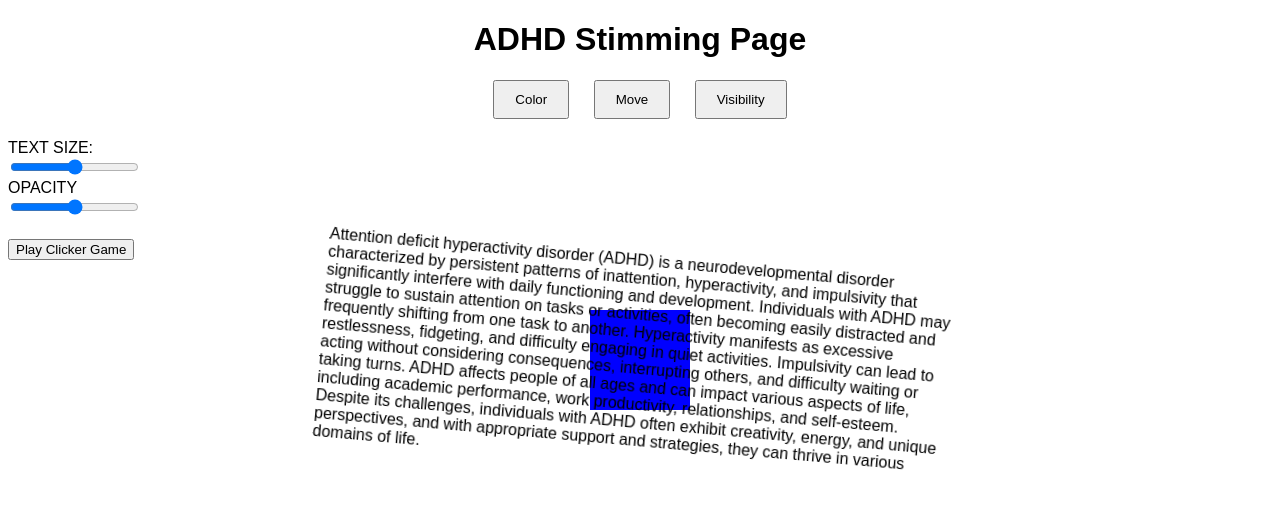
Repository: anderscederberg11/unhandledRuntimeError.json
Page: Henver/henver3.html
An editor plug-in stored every save of this project. The page is shown before and after the next save, followed by the edit.
The browser window is 1280 px wide. The pictures show the whole page.

Above is the page before, as saved 2024-05-24 19:19:03.

### Henver/henver3.html
<!DOCTYPE html>
<html lang="en">
<head>
    <meta charset="UTF-8">
    <meta name="viewport" content="width=device-width, initial-scale=1.0">
    <title>HenverADHD</title>
    <link rel="stylesheet" href="henver3.css">
</head>
<body>
    <h1>ADHD Stimming Page</h1>

    <div class="buttons">
      <button onclick="changeColor()">Color</button>
      <button onclick="moveElement()">Move</button>
      <button onclick="toggleVisibility()">Visibility</button>
    </div>

    <div class="sliders">
      <label for="slider1">TEXT SIZE:</label>
      <input type="range" id="slider1" min="0" max="100" value="50" onchange="adjustFontSize(this.value)">
      <label for="slider2">OPACITY</label>
      <input type="range" id="slider2" min="0" max="100" value="50" onchange="adjustOpacity(this.value)">
    </div>

    <div id="movableElement" class="movable-element"></div>

    <div class="floating-paragraph">
        <p>Attention deficit hyperactivity disorder (ADHD) is a neurodevelopmental disorder characterized by persistent patterns of inattention, hyperactivity, and impulsivity that significantly interfere with daily functioning and development. Individuals with ADHD may struggle to sustain attention on tasks or activities, often becoming easily distracted and frequently shifting from one task to another. Hyperactivity manifests as excessive restlessness, fidgeting, and difficulty engaging in quiet activities. Impulsivity can lead to acting without considering consequences, interrupting others, and difficulty waiting or taking turns. ADHD affects people of all ages and can impact various aspects of life, including academic performance, work productivity, relationships, and self-esteem. Despite its challenges, individuals with ADHD often exhibit creativity, energy, and unique perspectives, and with appropriate support and strategies, they can thrive in various domains of life.</p>
      </div>

      <div id="minigame-container" class="minigame-container">
        <button id="minigame-button" onclick="startClickerGame()">Play Clicker Game</button>
        <div id="clicker-game"></div>
      </div>

<script>
    function changeColor() {
  const colors = ["red", "green", "blue", "yellow", "purple", "orange"];
  const randomColor = colors[Math.floor(Math.random() * colors.length)];
  document.body.style.backgroundColor = randomColor;
}

function moveElement() {
  const element = document.getElementById("movableElement");
  const randomX = Math.random() * (window.innerWidth - element.offsetWidth);
  const randomY = Math.random() * (window.innerHeight - element.offsetHeight);
  element.style.left = randomX + "px";
  element.style.top = randomY + "px";
}

function toggleVisibility() {
  const element = document.getElementById("movableElement");
  element.style.display = element.style.display === "none" ? "block" : "none";
}

function adjustFontSize(value) {
  document.body.style.fontSize = value + "px";
}

function adjustOpacity(value) {
  document.getElementById("movableElement").style.opacity = value / 100;
}
let clickerInterval;
let clickerTimeout;

function startClickerGame() {
  // Clear previous game
  clearInterval(clickerInterval);
  clearTimeout(clickerTimeout);
  document.getElementById("clicker-game").innerHTML = "";

  // Create and append the clickable target
  const target = document.createElement("div");
  target.classList.add("clicker-target");
  target.style.top = Math.random() * 80 + "%";
  target.style.left = Math.random() * 80 + "%";
  document.getElementById("clicker-game").appendChild(target);

  // Move the target randomly every 1 second
  clickerInterval = setInterval(moveTarget, 1000);

  // End the game after 10 seconds
  clickerTimeout = setTimeout(endClickerGame, 10000);
}

function moveTarget() {
  const target = document.querySelector(".clicker-target");
  target.style.top = Math.random() * 80 + "%";
  target.style.left = Math.random() * 80 + "%";
}

function endClickerGame() {
  clearInterval(clickerInterval);
  document.getElementById("clicker-game").innerHTML = "<p>Game Over!</p>";
}

function handleClick() {
  alert("You clicked the target!");
}
</script>
</body>
</html>

### Henver/henver3.css
body {
    font-family: Arial, sans-serif;
  }

  h1 {
    text-align: center;
  }

  .buttons {
    text-align: center;
    margin-bottom: 20px;
  }

  .buttons button {
    padding: 10px 20px;
    margin: 0 10px;
  }

  .sliders {
    margin-bottom: 20px;
  }

  .sliders label {
    display: block;
  }

  .movable-element {
    width: 100px;
    height: 100px;
    background-color: blue;
    position: absolute;
    top: 50%;
    left: 50%;
    transform: translate(-50%, -50%);
  }
  .floating-paragraph {
    position: fixed;
    top: 50%;
    left: 50%;
    transform: translate(-50%, -50%);
    animation: floatAndMove 10s infinite alternate;
  }

  @keyframes floatAndMove {
    0% {
      transform: translate(-50%, -50%) rotate(0deg);
    }
    50% {
      transform: translate(-50%, -50%) rotate(5deg);
    }
    100% {
      transform: translate(-50%, -50%) rotate(0deg);
    }
  }

After the next save:
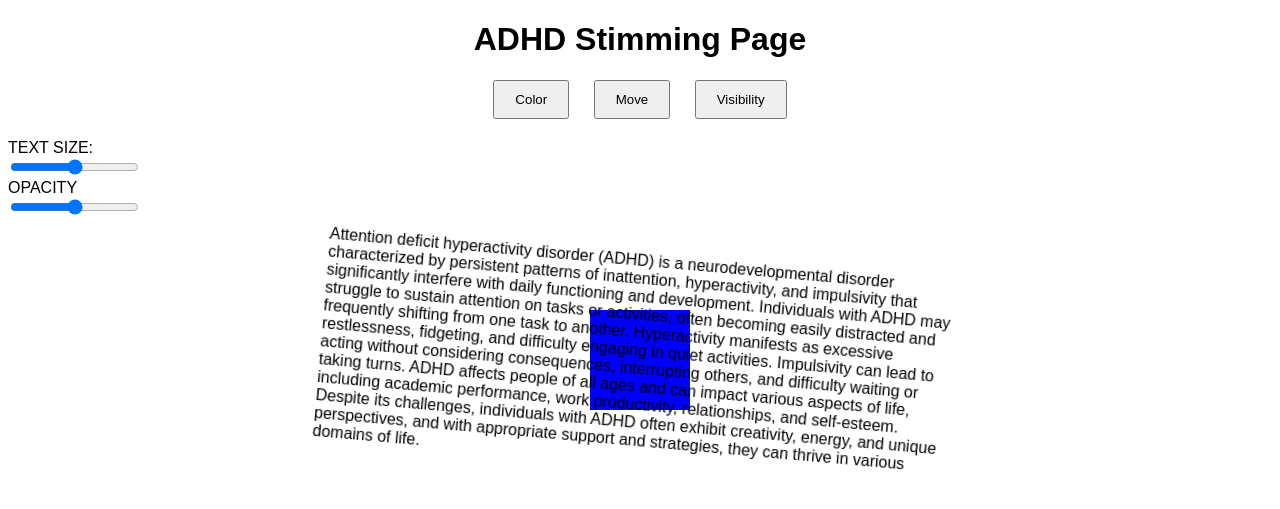
Saved 29 s later.
--- a/Henver/henver3.html
+++ b/Henver/henver3.html
@@ -28,11 +28,6 @@
         <p>Attention deficit hyperactivity disorder (ADHD) is a neurodevelopmental disorder characterized by persistent patterns of inattention, hyperactivity, and impulsivity that significantly interfere with daily functioning and development. Individuals with ADHD may struggle to sustain attention on tasks or activities, often becoming easily distracted and frequently shifting from one task to another. Hyperactivity manifests as excessive restlessness, fidgeting, and difficulty engaging in quiet activities. Impulsivity can lead to acting without considering consequences, interrupting others, and difficulty waiting or taking turns. ADHD affects people of all ages and can impact various aspects of life, including academic performance, work productivity, relationships, and self-esteem. Despite its challenges, individuals with ADHD often exhibit creativity, energy, and unique perspectives, and with appropriate support and strategies, they can thrive in various domains of life.</p>
       </div>
 
-      <div id="minigame-container" class="minigame-container">
-        <button id="minigame-button" onclick="startClickerGame()">Play Clicker Game</button>
-        <div id="clicker-game"></div>
-      </div>
-
 <script>
     function changeColor() {
   const colors = ["red", "green", "blue", "yellow", "purple", "orange"];
@@ -60,43 +55,7 @@ function adjustFontSize(value) {
 function adjustOpacity(value) {
   document.getElementById("movableElement").style.opacity = value / 100;
 }
-let clickerInterval;
-let clickerTimeout;
 
-function startClickerGame() {
-  // Clear previous game
-  clearInterval(clickerInterval);
-  clearTimeout(clickerTimeout);
-  document.getElementById("clicker-game").innerHTML = "";
-
-  // Create and append the clickable target
-  const target = document.createElement("div");
-  target.classList.add("clicker-target");
-  target.style.top = Math.random() * 80 + "%";
-  target.style.left = Math.random() * 80 + "%";
-  document.getElementById("clicker-game").appendChild(target);
-
-  // Move the target randomly every 1 second
-  clickerInterval = setInterval(moveTarget, 1000);
-
-  // End the game after 10 seconds
-  clickerTimeout = setTimeout(endClickerGame, 10000);
-}
-
-function moveTarget() {
-  const target = document.querySelector(".clicker-target");
-  target.style.top = Math.random() * 80 + "%";
-  target.style.left = Math.random() * 80 + "%";
-}
-
-function endClickerGame() {
-  clearInterval(clickerInterval);
-  document.getElementById("clicker-game").innerHTML = "<p>Game Over!</p>";
-}
-
-function handleClick() {
-  alert("You clicked the target!");
-}
 </script>
 </body>
 </html>
